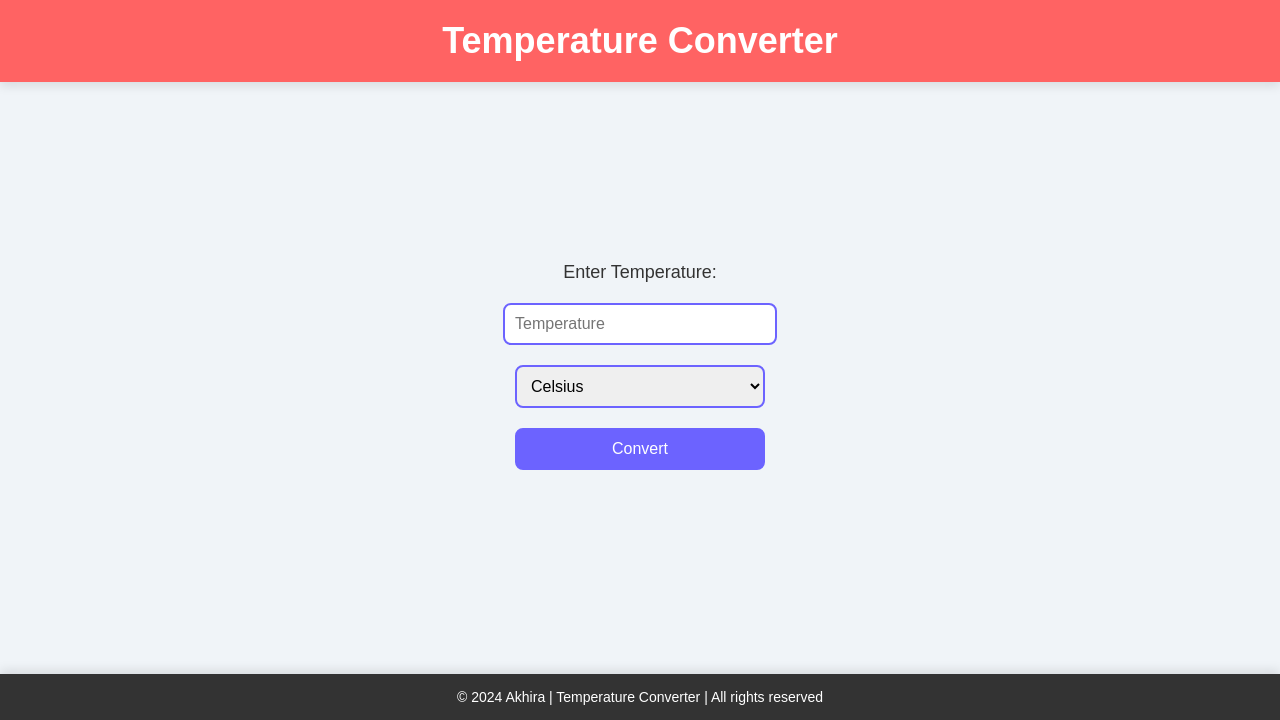
Repository: akhiranandan-04/Temperature-Converter
Page: index.html
The author's editor kept a copy of each file at every save. The page is drawn from the files as they stood at one save, then again after the next save.
The browser window is 1280 px wide. The pictures show the whole page.

Above is the page before, as saved 2024-10-19 13:19:25.

### index.html
<!DOCTYPE html>
<html lang="en">
<head>
    <meta charset="UTF-8">
    <meta name="viewport" content="width=device-width, initial-scale=1.0">
    <title>Temperature Converter</title>
    <link rel="stylesheet" href="style.css">
</head>
<body>
    <header>
        <h1>Temperature Converter</h1>
    </header>

    <div class="converter">
        <label for="tempInput">Enter Temperature:</label>
        <input type="number" id="tempInput" placeholder="Temperature">

        <select id="tempType">
            <option value="C">Celsius</option>
            <option value="F">Fahrenheit</option>
        </select>

        <button onclick="convertTemp()">Convert</button>

        <p id="result"></p>
    </div>

    <footer>
        <p>&copy; 2024 Akhira | Temperature Converter | All rights reserved</p>
    </footer>

    <script src="script.js"></script>
</body>
</html>

### style.css
/* Global Styles */
body {
    font-family: 'Poppins', sans-serif;
    margin: 0;
    padding: 0;
    background-color: #f0f4f8;
    display: flex;
    flex-direction: column;
    justify-content: space-between;
    min-height: 100vh;
}

header {
    background-color: #ff6363;
    color: white;
    text-align: center;
    padding: 20px 0;
    box-shadow: 0 4px 10px rgba(0, 0, 0, 0.1);
}

header h1 {
    font-size: 36px;
    margin: 0;
}


.converter {
    display: flex;
    flex-direction: column;
    align-items: center;
    justify-content: center;
    flex: 1;
    margin-top: 30px;
}

.converter label {
    font-size: 18px;
    margin-bottom: 10px;
    color: #333;
}

.converter input, .converter select, .converter button {
    width: 250px;
    padding: 10px;
    margin: 10px;
    border: 2px solid #6c63ff;
    border-radius: 8px;
    font-size: 16px;
    transition: all 0.3s ease;
}

.converter input:focus, .converter select:focus, .converter button:hover {
    border-color: #473fff;
    box-shadow: 0 0 8px rgba(108, 99, 255, 0.5);
}

.converter button {
    background-color: #6c63ff;
    color: white;
    cursor: pointer;
}

.converter button:active {
    background-color: #473fff;
}

.converter p {
    font-size: 24px;
    color: #555;
    margin-top: 20px;
    font-weight: bold;
    text-shadow: 1px 1px 2px rgba(0, 0, 0, 0.1);
}

footer {
    text-align: center;
    background-color: #333;
    color: white;
    padding: 15px 0;
    box-shadow: 0 -4px 10px rgba(0, 0, 0, 0.1);
    position: relative;
    bottom: 0;
    width: 100%;
}

footer p {
    margin: 0;
    font-size: 14px;
}

### script.js
function convertTemp() {
    let temp = document.getElementById('tempInput').value;
    let tempType = document.getElementById('tempType').value;
    let resultText = '';

    if (temp === '') {
        resultText = 'Please enter a temperature!';
    } else {
        temp = parseFloat(temp);
        if (tempType === 'C') {
            // Celsius to Fahrenheit
            let convertedTemp = (temp * 9/5) + 32;
            resultText = `${temp}°C is ${convertedTemp.toFixed(2)}°F`;
        } else if (tempType === 'F') {
            // Fahrenheit to Celsius
            let convertedTemp = (temp - 32) * 5/9;
            resultText = `${temp}°F is ${convertedTemp.toFixed(2)}°C`;
        }
    }

    document.getElementById('result').innerText = resultText;
}

After the next save:
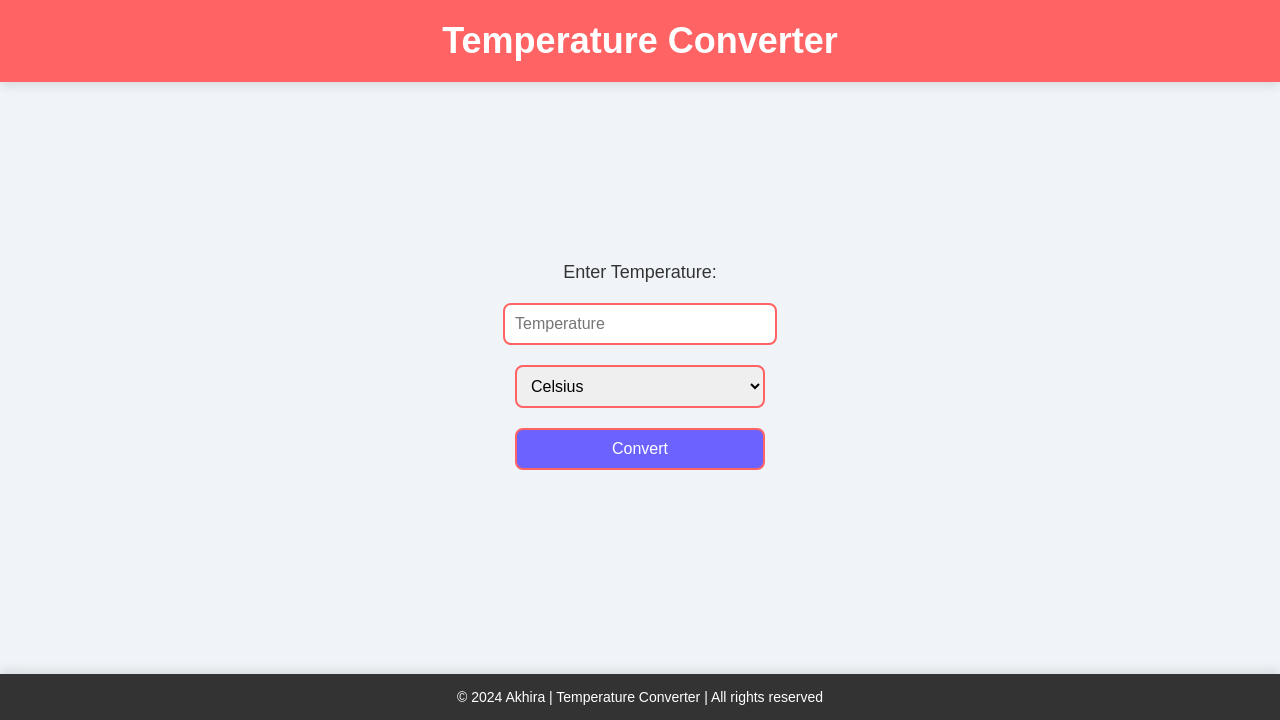
Saved 10 s later.
--- a/style.css
+++ b/style.css
@@ -43,7 +43,7 @@ header h1 {
     width: 250px;
     padding: 10px;
     margin: 10px;
-    border: 2px solid #6c63ff;
+    border: 2px solid #ff6363;
     border-radius: 8px;
     font-size: 16px;
     transition: all 0.3s ease;
